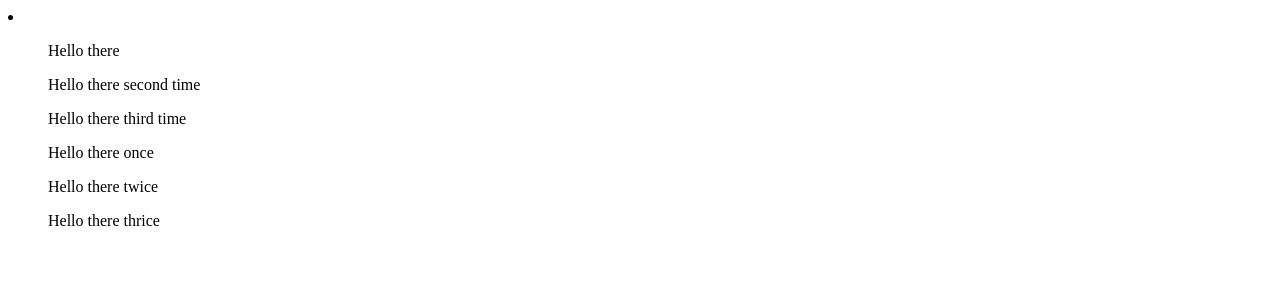
Repository: W0474997SteveArmstrong/udacity-frontenddeveloper-challenge
Page: lists.html
An editor plug-in stored every save of this project. The page is shown before and after the next save, followed by the edit.
The browser window is 1280 px wide. The pictures show the whole page.

Above is the page before, as saved 2023-02-06 14:03:47.

### lists.html
<!DOCTYPE html>
<html lang="en">

<head>
    <meta charset="UTF-8">
    <meta http-equiv="X-UA-Compatible" content="IE=edge">
    <meta name="viewport" content="width=device-width, initial-scale=1.0">
    <title>Document</title>
</head>

<body>
    <li>
        <ol>Hello there</ol>
        <ol>Hello there second time</ol>
        <ol>Hello there third time</ol>
    </li>

    <ul>Hello there once</ul>
    <ul>Hello there twice</ul>
    <ul>Hello there thrice</ul>
</body>

</html>

After the next save:
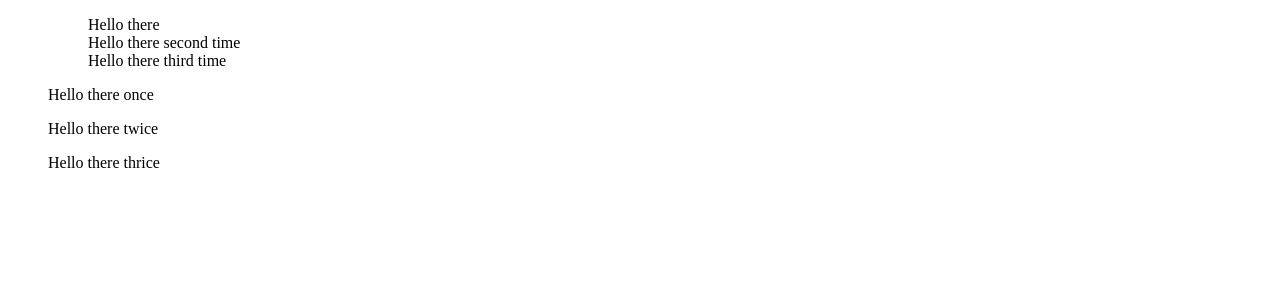
Saved 17 s later.
--- a/lists.html
+++ b/lists.html
@@ -9,11 +9,11 @@
 </head>
 
 <body>
-    <li>
+    <ol>
         <ol>Hello there</ol>
         <ol>Hello there second time</ol>
         <ol>Hello there third time</ol>
-    </li>
+    </ol>
 
     <ul>Hello there once</ul>
     <ul>Hello there twice</ul>
